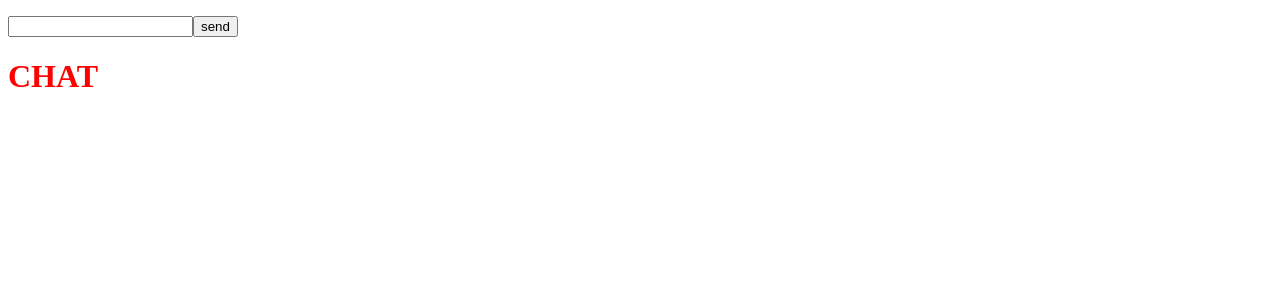
Repository: RiteshK555/chat-app
Page: index.html
An editor plug-in stored every save of this project. The page is shown before and after the next save, followed by the edit.
The browser window is 1280 px wide. The pictures show the whole page.

Above is the page before, as saved 2021-09-24 23:29:19.

### index.html
<!DOCTYPE html>
<!--[if lt IE 7]>      <html class="no-js lt-ie9 lt-ie8 lt-ie7"> <![endif]-->
<!--[if IE 7]>         <html class="no-js lt-ie9 lt-ie8"> <![endif]-->
<!--[if IE 8]>         <html class="no-js lt-ie9"> <![endif]-->
<!--[if gt IE 8]>      <html class="no-js"> <!--<![endif]-->
<html>
    <head>
        <meta charset="utf-8">
        <meta http-equiv="X-UA-Compatible" content="IE=edge">
        <title>CHAT</title>
        <meta name="description" content="">
        <meta name="viewport" content="width=device-width, initial-scale=1">
        <link rel="stylesheet" type="text/css" href="./styles.css">
    </head>
    <body>
    <ul id="messages"></ul>
    <form id="form" action="">
        <input id="input" autocomplete="off"/><button id="button" type="submit">send</button>
    </form>
    <h1 id="h1">CHAT</h1>
        <!--[if lt IE 7]>
            <p class="browsehappy">You are using an <strong>outdated</strong> browser. Please <a href="#">upgrade your browser</a> to improve your experience.</p>
        <![endif]-->

    </body>
</html>

### styles.css
#button{
    margin:0px;
}
#h1{
    color:red;
}
/* body{
    margin:0px;
} */

After the next save:
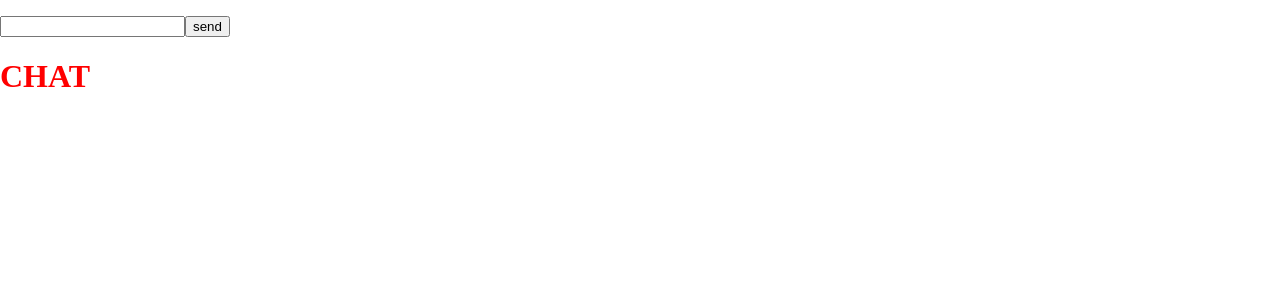
Saved 5 s later.
--- a/styles.css
+++ b/styles.css
@@ -4,6 +4,6 @@
 #h1{
     color:red;
 }
-/* body{
+body{
     margin:0px;
-} */
+}
